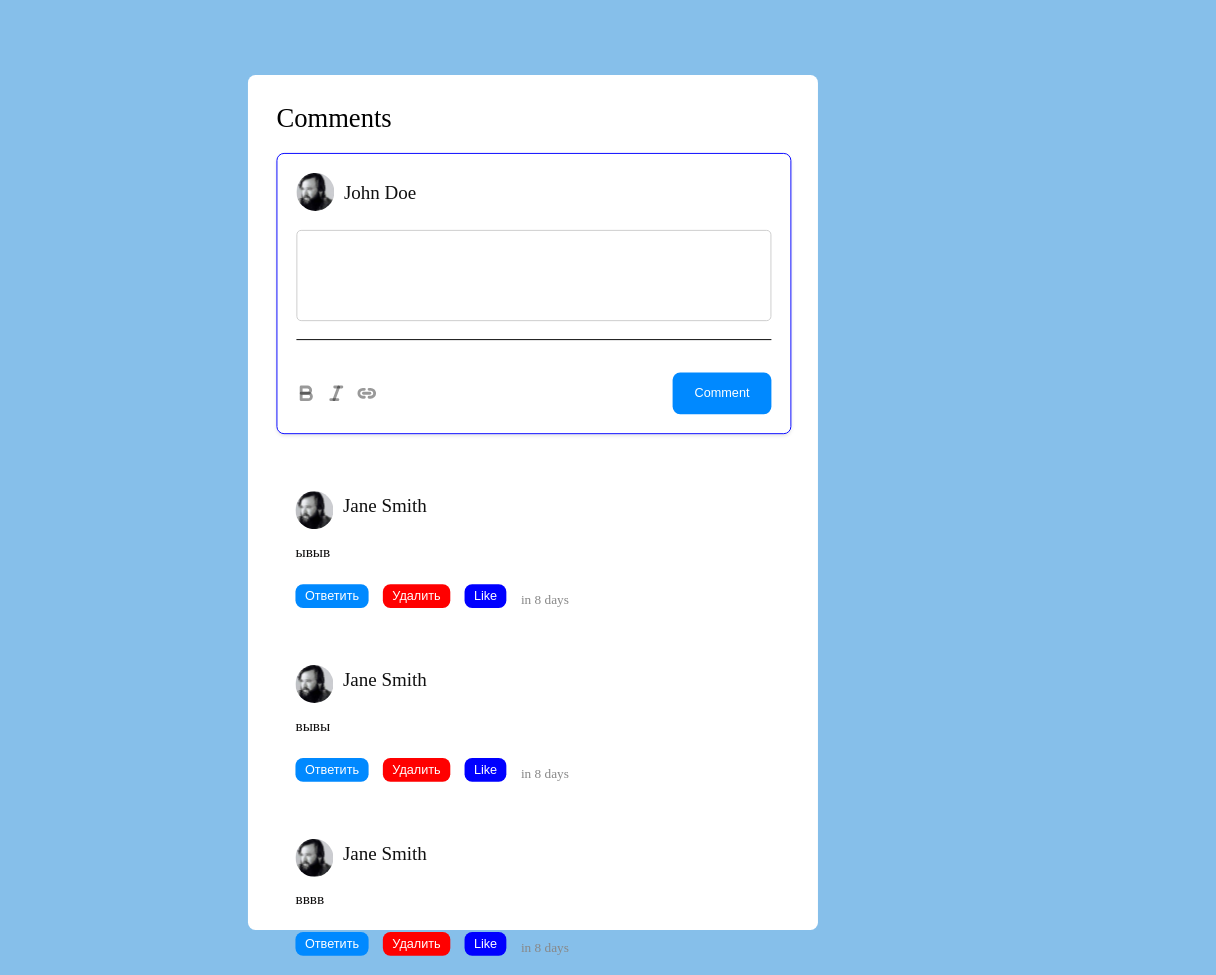
Repository: nikiforovki/appcommits
Page: /
These files come from the project's save history. The page is drawn as it stood at one moment and after the next save; the edit follows.
The browser window is 1280 px wide. The pictures show the whole page, at 95% of full size.
The project was rebuilt for these pictures with package versions that can differ from the ones it lists, and the page was loaded fresh each time. Requests to the local data server were answered from the project's data file. Also part of the build but not shown: webpack.config.ts.

Above is the page before, as saved 2024-08-23 08:03:33.

### public/index.html
<!DOCTYPE html>
<html lang="en">
<head>
    <meta charset="UTF-8" />
    <meta name="viewport" content="width=device-width, initial-scale=1.0" />
    <meta http-equiv="X-UA-Compatible" content="ie=edge" />
    <title>React App</title>
</head>
<body>
<div id="root"></div>
</body>
</html>

### src/index.tsx
import React from 'react';
import { createRoot } from 'react-dom/client';
import App from './App';
import StoreProvider from './app/providers/StoreProvider';

const rootElement = document.getElementById('root');
const root = createRoot(rootElement);
root.render(
  <React.StrictMode>
    <StoreProvider>
      <App />
    </StoreProvider>
  </React.StrictMode>,
);

### src/App.tsx
import React from 'react';
import MainLayout from './Companents/MainLayout';
import './styles/GlobalStyles.css';

const App = () => {
  return <MainLayout />;
};

export default App;

// import React, { useState } from 'react';
// import MainLayout from '../src/Companents/MainLayout';
// import './styles/GlobalStyles.css';
// import {
//   useGetSomeDataQuery,
//   useAddCommitMutation,
//   useDeleteCommitMutation,
// } from '../api/rtkQuery';
//
// const App: React.FC = () => {
//   const [newCommit, setNewCommit] = useState('');
//   const { data = [], isLoading } = useGetSomeDataQuery();
//   const [addCommit, { isError }] = useAddCommitMutation();
//   const [deleteCommit] = useDeleteCommitMutation();
//
//   const handleAddCommit = async () => {
//     if (newCommit) {
//       try {
//         await addCommit({ name: newCommit }).unwrap();
//         setNewCommit('');
//       } catch (error) {
//         console.error('Failed to add commit: ', error);
//       }
//     }
//   };
//
//   const handleDeleteCommit = async (id: string) => {
//     try {
//       await deleteCommit(id).unwrap();
//     } catch (error) {
//       console.error('Failed to delete commit: ', error);
//     }
//   };
//
//   if (isLoading) return <h1>Loading...</h1>;
//
//   return (
//     <div>
//       <input
//         type="text"
//         value={newCommit}
//         onChange={(e) => setNewCommit(e.target.value)}
//       />
//       <button onClick={handleAddCommit}>Add Commit</button>
//       <div>
//         {/*<MainLayout />*/}
//         <ul>
//           {data.map((item) => (
//             <li key={item.id} onClick={() => handleDeleteCommit(item.id)}>
//               {item.name}
//             </li>
//           ))}
//         </ul>
//       </div>
//     </div>
//   );
// };
//
// export default App;

// import React, { useState } from 'react';
// import MainLayout from '../src/Companents/MainLayout';
// import './styles/GlobalStyles.css';
// import { useGetSomeDataQuery, useAddCommitMutation } from '../api/rtkQuery';
//
// const App: React.FC = () => {
//   const [count, setCount] = useState('');
//   const [newCommit, setNewCommit] = useState('');
//   const { data = [], isLoading } = useGetSomeDataQuery(count);
//   const [addCommit, { isError }] = useAddCommitMutation();
//
//   const handleAddCommit = async () => {
//     if ( newCommit) {
//       await addCommit({name: newCommit}.unwrap();
//       setNewCommit('')
//       )
//     }
//   }
//
//   if (isLoading) return <h1>Loading...</h1>;
//
//   return (
//     <div>
//       <input
//         type='text'
//         value={newCommit}
//         onChange={(e) => {handleAddCommit(e.target.value)}
//           />
//        <button onClick= {handleAddCommit}>Add Commit</button>
//     </div>
//     <div>
//       {/*<MainLayout />*/}
//       <ul>
//         {data.map((item) => (
//           <li key={item.id}>{item.name}</li>
//         ))}
//       </ul>
//     </div>
//   );
// };
//
// export default App;

### src/app/providers/StoreProvider.tsx
// src/app/providers/StoreProvider.tsx
import React from 'react';
import { Provider } from 'react-redux';
import { store } from './store';

interface StoreProviderProps {
  children: React.ReactNode;
}

const StoreProvider: React.FC<StoreProviderProps> = ({ children }) => {
  return <Provider store={store}>{children}</Provider>;
};

export default StoreProvider;

### src/styles/GlobalStyles.css

body {
  margin: 0;
  padding: 0;
  background-color: rgba(66, 155, 223, 0.64);
}

### src/app/providers/store.ts
import { configureStore } from '@reduxjs/toolkit';
import rtkQueryApi from '../../api/rtkQuery';

export const store = configureStore({
  reducer: {
    [rtkQueryApi.reducerPath]: rtkQueryApi.reducer,
  },
  middleware: (getDefaultMiddleware) =>
    getDefaultMiddleware().concat(rtkQueryApi.middleware),
});

### src/api/rtkQuery.ts
import { createApi, fetchBaseQuery } from '@reduxjs/toolkit/query/react';
import { Comment, Reply } from './types';

const rtkQueryApi = createApi({
  reducerPath: 'commentApi',
  baseQuery: fetchBaseQuery({ baseUrl: 'http://localhost:3000' }),
  tagTypes: ['Comment'],
  endpoints: (builder) => ({
    getSomeData: builder.query<Comment[], void>({
      query: () => 'comments',
      providesTags: (result) =>
        result
          ? [
              ...result.map(({ id }) => ({ type: 'Comment' as const, id })),
              { type: 'Comment' as const, id: 'LIST' },
            ]
          : [{ type: 'Comment' as const, id: 'LIST' }],
    }),
    addCommit: builder.mutation<Comment, Partial<Comment>>({
      query: (body) => ({
        url: 'comments',
        method: 'POST',
        body,
      }),
      invalidatesTags: [{ type: 'Comment' as const, id: 'LIST' }],
    }),
    deleteCommit: builder.mutation<void, string>({
      query: (id) => ({
        url: `comments/${id}`,
        method: 'DELETE',
      }),
      invalidatesTags: (result, error, id) => [
        { type: 'Comment' as const, id },
      ],
    }),
    likeComment: builder.mutation<Comment, string>({
      query: (id) => ({
        url: `comments/${id}`,
        method: 'PATCH',
        body: { liked: true },
      }),
      invalidatesTags: (result, error, id) => [
        { type: 'Comment' as const, id },
      ],
    }),
    unlikeComment: builder.mutation<Comment, string>({
      query: (id) => ({
        url: `comments/${id}`,
        method: 'PATCH',
        body: { liked: false },
      }),
      invalidatesTags: (result, error, id) => [
        { type: 'Comment' as const, id },
      ],
    }),
    addReply: builder.mutation<Comment, Partial<Reply>>({
      query: (body) => ({
        url: `comments/${body.commentId}/replies`,
        method: 'POST',
        body: {
          author: body.author,
          text: body.text,
          timestamp: new Date().toISOString(),
        },
      }),
      invalidatesTags: (result, error, { commentId }) => [
        { type: 'Comment' as const, id: commentId },
      ],
    }),
    updateComment: builder.mutation<Comment, Partial<Comment>>({
      query: (body) => ({
        url: `comments/${body.id}`,
        method: 'PATCH',
        body,
      }),
      invalidatesTags: (result, error, { id }) => [
        { type: 'Comment' as const, id },
      ],
    }),
  }),
});

export const {
  useGetSomeDataQuery,
  useAddCommitMutation,
  useDeleteCommitMutation,
  useLikeCommentMutation,
  useUnlikeCommentMutation,
  useAddReplyMutation,
  useUpdateCommentMutation,
} = rtkQueryApi;
export default rtkQueryApi;

### db.json
{
  "comments": [
    {
      "id": "1724388109748",
      "img": "/img/IconMan.svg",
      "author": "Jane Smith",
      "text": "вввв",
      "timestamp": "2024-08-23T04:41:49.748Z",
      "liked": false,
      "isBold": false,
      "replies": []
    },
    {
      "id": "1724388477647",
      "img": "/img/IconMan.svg",
      "author": "Jane Smith",
      "text": "вывы",
      "timestamp": "2024-08-23T04:47:57.647Z",
      "liked": false,
      "isBold": false,
      "replies": []
    },
    {
      "id": "1724388798342",
      "img": "/img/IconMan.svg",
      "author": "Jane Smith",
      "text": "ывыв",
      "timestamp": "2024-08-23T04:53:18.342Z",
      "liked": false,
      "isBold": true,
      "replies": []
    }
  ]
}

Loaded but not shown: src/Companents/MainLayout.tsx (543 lines, source omitted)

After the next save:
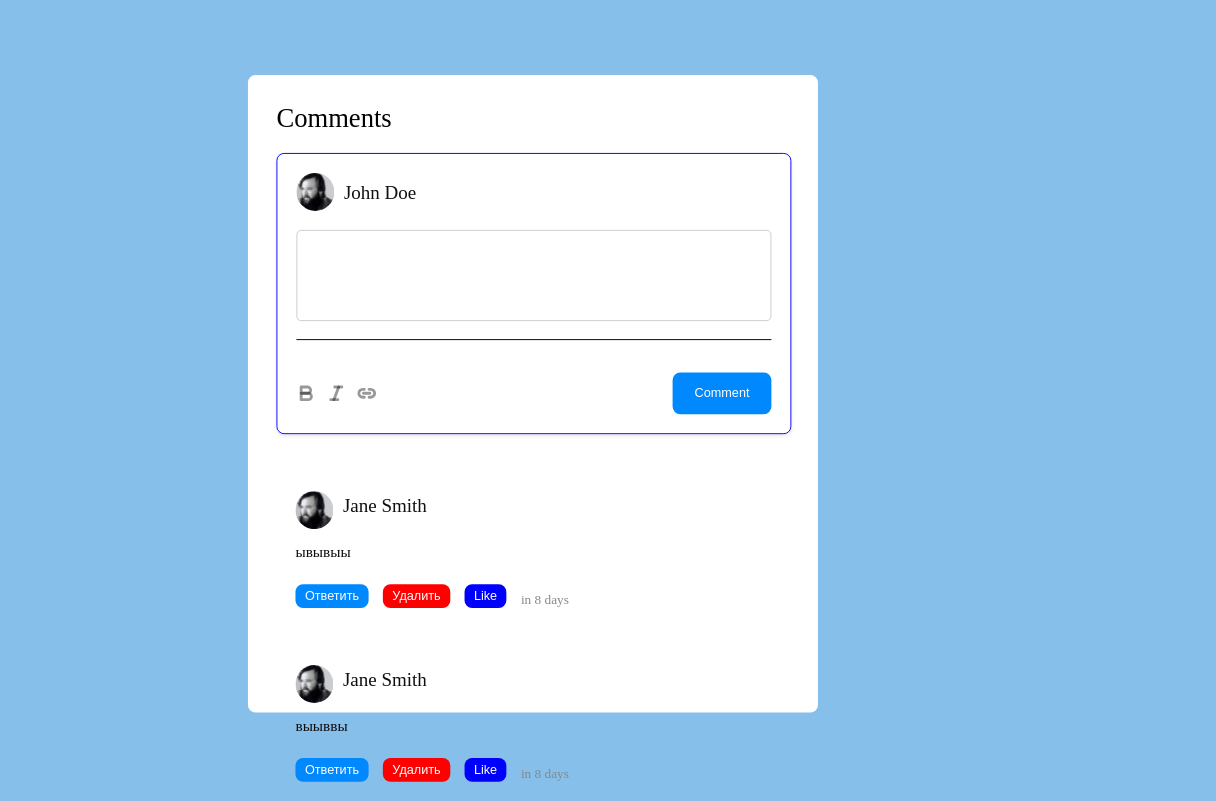
Saved 68 s later.
--- a/db.json
+++ b/db.json
@@ -1,31 +1,21 @@
 {
   "comments": [
     {
-      "id": "1724388109748",
+      "id": "1724389451670",
       "img": "/img/IconMan.svg",
       "author": "Jane Smith",
-      "text": "вввв",
-      "timestamp": "2024-08-23T04:41:49.748Z",
+      "text": "выыввы",
+      "timestamp": "2024-08-23T05:04:11.670Z",
       "liked": false,
       "isBold": false,
       "replies": []
     },
     {
-      "id": "1724388477647",
+      "id": "1724389458349",
       "img": "/img/IconMan.svg",
       "author": "Jane Smith",
-      "text": "вывы",
-      "timestamp": "2024-08-23T04:47:57.647Z",
-      "liked": false,
-      "isBold": false,
-      "replies": []
-    },
-    {
-      "id": "1724388798342",
-      "img": "/img/IconMan.svg",
-      "author": "Jane Smith",
-      "text": "ывыв",
-      "timestamp": "2024-08-23T04:53:18.342Z",
+      "text": "ывывыы",
+      "timestamp": "2024-08-23T05:04:18.349Z",
       "liked": false,
       "isBold": true,
       "replies": []
